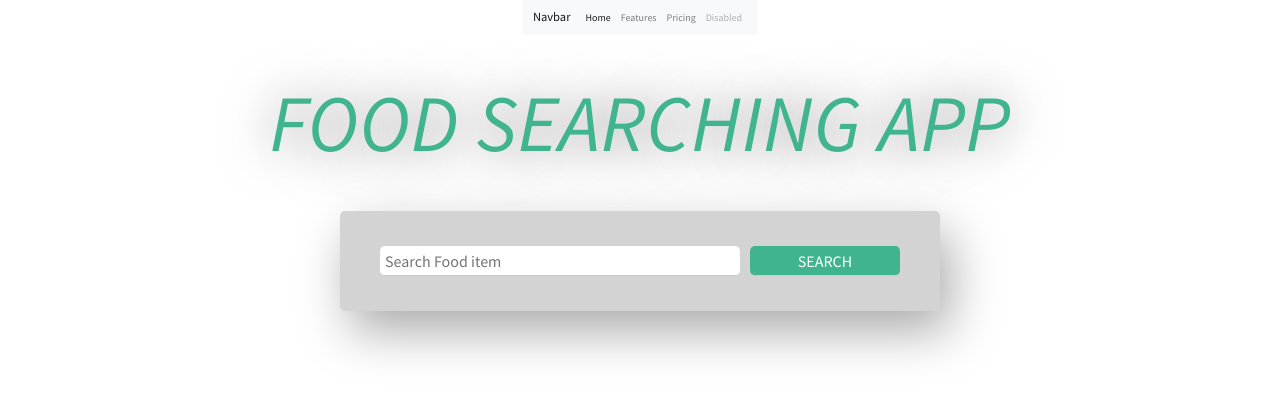
Repository: priyavmehta/React-Food-Recipe-App
Page: /search
An editor plug-in stored every save of this project. The page is shown before and after the next save, followed by the edit.
The browser window is 1280 px wide. The pictures show the whole page.
The project was rebuilt for these pictures with package versions that can differ from the ones it lists, and the page was loaded fresh each time. Also part of the build but not shown: src/Components/RecipeDetails.js, src/Components/Recipe.js, src/Components/Alert.js.

Above is the page before, as saved 2020-07-11 21:53:24.

After the next save:
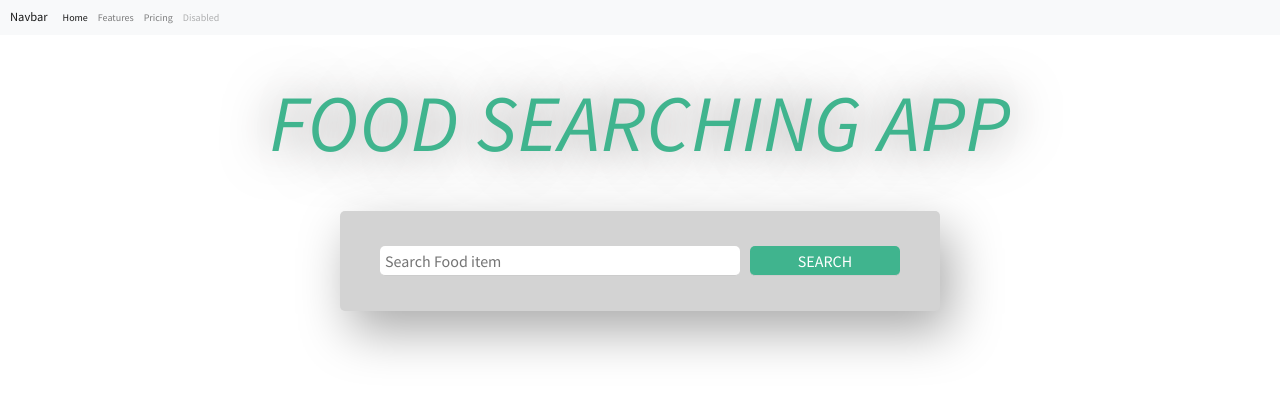
Saved 13 s later.
--- a/src/App.js
+++ b/src/App.js
@@ -10,8 +10,9 @@ const App = () => {
   return (
     <RecipeState>
       <Router>
+      <Navbar />
         <div className="App">
-          <Navbar />
+
           <Search/>
         </div>
       </Router>
